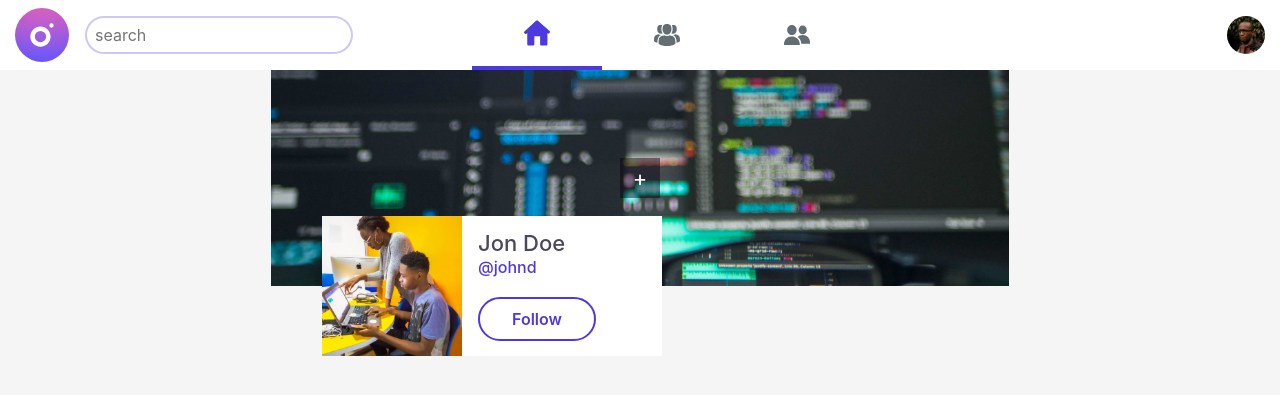
Repository: Flovet-stack/memic
Page: admin-profile.html
An editor plug-in stored every save of this project. The page is shown before and after the next save, followed by the edit.
The browser window is 1280 px wide. The pictures show the whole page.
The pointer rests on the first visible `.change-cover-btn`.
Some web fonts or font styles are not loaded; a fallback is used.

Above is the page before, as saved 2020-10-27 23:43:09.
Console error: TypeError: Cannot read properties of undefined (reading 'fn')

### admin-profile.html
<!DOCTYPE html>
<html lang="en">
<head>
    <meta charset="UTF-8">
    <meta name="viewport" content="width=device-width, initial-scale=1.0">
    <link rel="icon" type="image/png" sizes="32x32" href="assets/images/faceit.svg">
    <!-- custom styles -->
    <link rel="stylesheet" href="css/home.css">
    <link rel="stylesheet" href="css/admin-profile.css">

    <!-- custom fonts -->
    <link rel="stylesheet" href="/usr/share/fonts/opentype/malayalam/Manjari-Regular.otf">

    <!-- bootstrap css styles -->
    <link rel="stylesheet" href="dist/css/bootstrap.min.css">
    <title>memes | Home</title>
</head>
<body>
    <!-- start of the home page design template -->

    <!-- start of the head section of the page -->
    <div class="home-head container-fluid">
        <div class="row">
            <div class="home-head-sec-1">
                <div class="logo"><img src="assets/images/faceit.svg" alt=""></div>
                <form>
                    <input data-toggle="tooltip" title="search" type="text" name="" id="" placeholder="search">
                </form>
            </div>
            <div class="home-head-sec-2">
                <a data-toggle="tooltip" title="Home" class="active" href="#">
                    <img class="primary-icon" src="assets/icons/house.svg" alt="">
                    <img class="secondary-icon" src="assets/icons/house-primary.svg" alt="">
                </a>
                <a data-toggle="tooltip" title="Groups" href="#">
                    <img class="primary-icon" src="assets/icons/user-group.svg" alt="">
                    <img class="secondary-icon" src="assets/icons/user-group-primary.svg" alt="">
                </a>
                <a data-toggle="tooltip" title="Friends" href="#">
                    <img class="primary-icon" src="assets/icons/friends.svg" alt="">
                    <img class="secondary-icon" src="assets/icons/friends-primary.svg" alt="">
                </a>
            </div>
            <div class="home-head-sec-3">
                <div class="user-menu">
                    <img src="assets/images/avatar.jpg" alt="">
                </div>
            </div>
        </div>
    </div>
    <!-- end of the head section of the page -->
    <!-- start of the body section of the page -->
    <div class="home-body container-fluid">
        <div class="row">
            <div class="home-center">
                <div class="container-fluid">
                    <div class="profile-card">
                        <div class="profile-cover" style="background: url(assets/images/kevin-ku-w7ZyuGYNpRQ-unsplash.jpg);">
                            <div class="profile-info">
                                <div class="profile-info-pic"><img src="assets/images/Pic.jpg" alt=""></div>
                                <div class="profile-info-details">
                                    <h3>Jon Doe</h3>
                                    <h5>@johnd</h5>
                                    <button class="follow-btn">Follow</button>
                                </div>
                            </div>
                            <button class="change-cover-btn">+</button>
                        </div>
                    </div>
                </div>
            </div>
        </div>
    </div>
    <!-- end of the head section of the page -->

    <!-- end of the home page design template -->

    <script src="dist/js/bootstrap.min.js"></script>
    <script src="https://code.jquery.com/jquery-3.5.1.slim.min.js"
        integrity="sha384-DfXdz2htPH0lsSSs5nCTpuj/zy4C+OGpamoFVy38MVBnE+IbbVYUew+OrCXaRkfj"
        crossorigin="anonymous"></script>
</body>
</html>

### css/home.css
@import 'main-styles.css';
@import 'user-card.css';
@import 'post-card.css';

.home-head {
    width: 100vw;
    height: 70px;
    /* background-color: var(--white-shade-1); */
    background-color: var(--white) !important;
    /* border-bottom: var(--border); */
    padding: var(--padding-1) var(--padding-3);
    position: fixed;
    z-index: 9;
}
.home-head .row {
    text-align: center;
    justify-content: space-between;
}
.home-head-sec-1 {
    width: calc((100vw - 740px) / 2);
    height: calc(70px - (var(--padding-1) * 2));
    display: flex;
}
.home-head-sec-1 .logo {
    height: 100%;
    width: auto;
    display: grid;
    align-items: center;
    justify-content: center;
}
.home-head-sec-1 .logo img {
    height: calc(70px - (var(--padding-1) * 2));
    width: calc(70px - (var(--padding-1) * 2));
}
.home-head-sec-1 form {
    height: 100%;
    width: auto;
    display: grid;
    align-items: center;
    margin-left: var(--padding-2);
}
.home-head-sec-1 form input {
    height: 70%;
    width: auto;
    display: grid;
    justify-content: center;
    outline: none;
    padding: 0 var(--padding-1);
    border: 2px solid var(--secondary-overlay);
    border-radius: var(--border-radius);
    transition-duration: var(--duration);
}
.home-head-sec-1 form input:focus {
    border: 3px solid var(--secondary-overlay);
    transition-duration: var(--duration);
    height: 85%;
}
.home-head-sec-2 {
    height: calc(70px - (var(--padding-1) * 2));
    max-width: 740px;
    width: 740px;
    display: flex;
    align-items: center;
    justify-content: center;
}
.home-head-sec-2 a {
    width: 130px;
    height: 100%;
    display: flex;
    align-items: center;
    justify-content: center;
    outline: none;
    border-radius: var(--border-radius);
    transition-duration: var(--duration);
}
.home-head-sec-2 a:hover {
    background-color: var(--white-shade-1);
    transition-duration: var(--duration);
}
.home-head-sec-2 a img{
    width: 20%;
}
.home-head-sec-3 {
    text-align: right;
    display: grid;
    align-content: center;
    /* background-color: red; */
    width: calc((100vw - 740px) / 2.5);
    height: calc(70px - (var(--padding-1) * 2));
}
.secondary-icon{
    display: none;
}
.home-head-sec-2 a.active {
    height: 70px !important;
    border-radius: 0 !important;
    background-color: transparent;
    border-bottom: 4px solid var(--secondary-color);
}
.home-head-sec-2 .active:hover {
    background-color: transparent !important;
}
.active .secondary-icon {
    display: block;
}
.active .primary-icon {
    display: none;
}
.home-head-sec-3 .user-menu img {
    width: calc(70px - (var(--padding-2) * 2));
    height: calc(70px - (var(--padding-2) * 2));
    border-radius: var(--circular-radius);
}
/* @media (min-width: 768px) {
  .container {
    max-width: 720px;
  }
}

@media (min-width: 992px) {
  .container {
    max-width: 960px;
  }
}

@media (min-width: 1200px) {
  .container {
    max-width: 1140px;
  }
} */

/* start of the home body section */
.home-body {
    width: 100vw;
    /* height: calc(100vh - 70px); */
}
.home-left {
    width: 20vw;
    height: calc(100vh - 70px);
    padding: var(--padding-2);
    position: fixed;
    top: 70px;
    left: 0;
    background-color: var(--white);
}
.home-center {
    /* border-top: var(--border); */
    position: absolute;
    left: 20vw;
    top: 70px;
    width: 60vw;
    height: auto;
    box-sizing: border-box !important;
}
.home-center-sub {
    margin: var(--padding-2) auto;
    width: 75% !important;
    min-width: 430px;
}
.home-right {
    width: 20vw;
    height: calc(100vh - 70px);
    background-color: var(--white);
    position: fixed;
    top: 70px;
    right: 0;
    padding: var(--padding-2);
}
/* end of the home body section */
/* start of the home left section */
.home-left .user-card {
    width: 100%;
}
.home-left .user-card:hover {
    background-color: var(--transparent-overlay);
}
.home-left .user-card .card-time {
    display: none;
}
#home-left-nav-1 {
    width: 100%;
    height: auto;
    margin-top: var(--padding-3) !important;
    padding: 0;
}
.home-left ul {
    width: 100%;
    height: auto;
}
.home-left .nav-item {
    list-style-type: none;
    width: 100%;
    height: auto;
}
.home-left .nav-link {
    width: 100%;
    height: auto;
    font-size: var(--font-size-2);
    border-radius: var(--border-radius);
    background-color: transparent;
    color: var(--text-color);
    font-weight: 500;
    display: flex;
    transition: var(--duration);
}
.home-left .nav-link:hover {
    background-color: var(--transparent-overlay);
    transition: var(--duration);
}
.home-left .nav-link .nav-link-icon {
    width: 15%;
    display: flex;
    justify-content: right;
    align-items: center;
}
.home-left .nav-link .nav-link-detail {
    width: 80% !important;
    /* background-color: rgba(172, 255, 47, 0.596); */
    display: grid;
    align-items: center;
}
.nav-link-detail-text {
    font-size: var(--font-size-2);
    line-height: 18px;
}
.nav-link-detail-info {
    font-size: calc(var(--font-size-1) - 2px);
    line-height: 15px;
    color: var(--secondary-color);
}
.nav-link-icon img {
    width: 40px;
    height: 40px;
}
.home-left hr {
    width: 100%;
    border: none;
    height: 3px;
    background-color: var(--white-shade-2);
}
#home-left-nav-2 h6 {
    color: var(--text-color);
    font-weight: 600;
}
#home-left-footer {
    width: 100%;
    height: au;
    position: absolute;
    top: 100%;
    transform: translateY(-100%);
}
#home-left-footer ul {
    width: 100%;
    height: auto;
    padding: 0 !important;
    padding: 0 5px;
}
#home-left-footer li {
    display: inline-block;
    list-style-type: none;
    color: var(--border-color);
}
#home-left-footer li::after {
    content: '.';
    position: absolute;
    bottom: 50%;
    padding-left: 5px;
}
#home-left-footer li:last-child::after {
    content: '';
}
#home-left-footer a {
    color: var(--dark-overlay);
    font-size: calc(var(--font-size-1) - 3px);
}
#home-left-footer a:hover {
    color: var(--dark-overlay)
}
/* end of the home left section */
/* Start of the status section */
.home-center-top {
    width: 59.2vw;
    height: 3px;
    background-color: var(--white-shade-2);
    position: fixed;
    margin: 0 !important;
    z-index: 9;
    /* padding-top: var(--padding-2); */
}
.status-section {
    width: auto;
    height: 250px;
    display: flex;
    margin-bottom: var(--padding-2);
    transition-duration: var(--duration);
    padding: 0 !important;
}
.status-section:hover {
    transition-duration: var(--duration);
}
.status {
    width: 160px;
    height: 100%;
    border-radius: var(--border-radius);
    background-color: var(--white-shade-2);
    margin-right: var(--padding-1);
    background-repeat: no-repeat !important;
    background-position: center !important;
    background-size: cover !important;
    transition-duration: var(--duration);
}
.status:hover {
    position: relative;
    transform: scale(1.03);
    z-index: 2;
    transition-duration: var(--duration);
}
.status:hover .status-sub {
    background-color: var(--secondary-overlay);
    transition-duration: var(--duration);
}
.status-sub {
    padding-top: var(--padding-2);
    width: 100%;
    height: 100%;
    border-radius: var(--border-radius);
    background: linear-gradient( 130deg, var(--dark-overlay), transparent);
    transition-duration: var(--duration);
}
.status-sub .user-card {
    margin: 0 auto;
    transform: scale(.9);
}
.status-sub .user-card-pic {
    border: 3px solid var(--secondary-color);
}
.status-sub .username,
.status-sub .card-time {
    color: var(--white);
}
/* end of the status section */
/* Start of the right sidebar section */
.home-right .event-section {
    width: 100%;
    height: auto;
}
.right-sidebar-event {
    width: 100%;
    height: auto;
    background-color: transparent;
    display: flex;
    /* transform: scale(.97); */
    border-radius: calc(var(--border-radius));
    transition-duration: var(--duration);
    text-decoration: none;
}
.right-sidebar-event:hover {
    background-color: var(--white-shade-1);
    transition-duration: var(--duration);
    text-decoration: none;
}
.right-sidebar-event-img {
    width: 35%;
    height: auto;
    transform: scale(.9);
}
.right-sidebar-event-img img {
    width: 100%;
    border-radius: calc(var(--border-radius));
}
.right-sidebar-event-details {
    width: 65%;
    display: grid;
    align-content: center;
    padding-left: var(--padding-1);
    color: var(--text-color)
}
.right-sidebar-event-details h5 {
    font-size: var(--font-size-2);
    line-height: .5;
    font-weight: 600;
}
.right-sidebar-event-details h6 {
    font-size: var(--font-size-1);
}
.home-right hr {
    width: 100%;
    border: none;
    height: 3px;
    background-color: var(--white-shade-2);
}
.home-right-notification {
    width: 100%;
    height: auto;
}
.home-right-notification h6 {
    margin-top: var(--padding-2);
    color: var(--text-color);
}
.notification-reply {
    margin-top: var(--padding-1);
    width: 100%;
    height: auto;
    display: flex;
    justify-content: space-between;
}
.notification-reply button {
    width: 49%;
    height: 40px;
    border-radius: var(--border-radius);
    border: none;
    color: var(--text-color);
    transition-duration: var(--duration);
    font-weight: 600;
    outline: none !important;
}
.notification-reply button:hover {
    background-color: var(--white-shade-1);
    transition-duration: var(--duration);
}
.notification-reply button.confirm-request {
    background-color: var(--secondary-color);
    color: var(--white);
    transition-duration: var(--duration);
}
.notification-reply button.confirm-request:hover {
    background-color: var(--secondary-overlay);
    transition-duration: var(--duration);
    color: var(--text-color);
}
/* end of the right sidebar section */

@media (max-width: 768px) {
    .home-head-sec-2 {
        margin: 0 !important;
        width: 340px;
    }
    .home-head-sec-1 form {
        display: none;
    }
    .home-head-sec-1 ,
    .home-head-sec-3 {
        width: calc((100vw - 340px) / 2.5);
    }
    .home-head-sec-1 .logo img {
        height: calc(70px - (var(--padding-2) * 2));
        width: calc(70px - (var(--padding-2) * 2));
    }
    .status-section {
        display: none;
    }
    .home-center {
        width: 100vw;
        position: absolute;
        left: 0;
    }
    .post-card {
        width: 100%;
        margin: var(--padding-2) auto;
    }
    .home-right,
    .home-left {
        display: none;
        width: 0px;
    }
}

@media (min-width: 992px) {
    /* .post-card {
        width: 960px;
    } */
}

@media (min-width: 1200px) {
}

### css/admin-profile.css
.profile-card {
    width: 100%;
    height: auto;
    background-color: red;
}
.profile-cover {
    width: 100%;
    height: 30vh;
    background-color: blue;
    background-size: 100% !important;
    background-position: center !important;
}
.profile-info {
    width: 340px;
    height: 140px;
    background-color: var(--white);
    position: absolute;
    top: 100%;
    transform: translate(15%, -50%);
    display: flex;
    /* border-radius: 70px; */
    /* border-top-right-radius: 70px;
    border-bottom-right-radius: 70px; */
}
.profile-info-pic {
    width: 140px;
    height: 140px;
    background-color: var(--secondary-color);
}
.profile-info-pic img {
    width: 100%;
    height: 100%;
    /* border-top-right-radius: var(--circular-radius);
    border-bottom-right-radius: var(--circular-radius); */
}
.profile-info-details {
    padding: var(--padding-2);
}
.profile-info-details h3 {
    color:var(--text-color);
    font-size: var(--font-size-4);
    line-height: 1;
}
.profile-info-details h5 {
    color:var(--secondary-color);
    font-size: var(--font-size-1);
    line-height: .7;
}
.profile-info-details .follow-btn {
    margin-top: var(--padding-2);
}
.change-cover-btn {
    width: 40px;
    height: 40px;
    position: relative;
    transform: translate(-50%, -50%);
    left: 50%;
    top: 50%;
    border: none;
    background-color: var(--dark-overlay);
    color: var(--white);
    font-size: 22px;
}

### css/main-styles.css
:root {
    /* color palette */
    --white: #fff;
    /* --white: #1e272e !important; */
    --white-shade-0: rgb(253, 253, 253);
    --white-shade-1: #f0f8ff;
    --white-shade-2: #ececec79;
    --white-shade-3: #d0d0d0;
    --border-color: #b2bec3;
    --primary-color: #636E72;
    /* --secondary-color: #6c5ce7; */
    --secondary-color: #4d39e0;
    --secondary-overlay: #4d39e046;
    /* --secondary-overlay: #6c5ce746; */
    --red: #d63031;
    /* --red: #970f3c; */
    --dark-overlay: rgba(10, 2, 19, 0.479);
    --transparent-overlay: #ebf6ff;
    --transparent-overlay-2: #d0d0d059;

    /* text-editing */
    --font-size-1: 16px;
    --font-size-2: 18px;
    --font-size-3: 20px;
    --font-size-4: 22px;
    --normal: 400;
    --light: 200;
    --thick: 600;
    --font-family: Manjari;
    --text-color: rgb(73, 72, 93);
    /* --text-color: #fff; */

    /* box-styling */
    --padding-1: .5rem;
    --padding-2: 1rem;
    --padding-3: 2rem;
    --border-radius: 50px;
    --circular-radius: 50%;
    --border: 2px solid var(--white-shade-2);

    /* animations */
    --duration: .5s;
}

body {
    box-sizing: border-box;
    font-family: var(--font-family);
    overflow-x: hidden;
    background-color: var(--white-shade-2) !important;
}
.row {
    margin-right: 0 !important;
    margin-left: 0 !important;
}
a {
    outline: none !important;
}
.follow-btn {
    border: 2px solid var(--secondary-color);
    background: var(--whi);
    padding: var(--padding-1) var(--padding-3);
    border-radius: var(--border-radius);
    color: var(--secondary-color);
    transition-duration: var(--duration);
    font-weight: 600;
}
.follow-btn:hover {
    background-color: var(--secondary-color);
    color: var(--white);
    transition-duration: var(--duration);
}

### css/user-card.css
/* start of the user card styling */
.user-card {
    width: 150px;
    height: 50px;
    display: flex;
    color: var(--white);
    text-decoration: none;
    border-radius: var(--border-radius);
    transition-duration: var(--duration);
}
.user-card:hover {
    text-decoration: none;
    background-color: var(--transparent-overlay-2);
    transition-duration: var(--duration);
}
.user-card-pic {
    width: 50px;
    height: 50px;
    border-radius: var(--circular-radius);
    background-repeat: no-repeat !important;
    background-position: center !important;
    background-size: cover !important;
}
.user-card-detail {
    width: auto;
    height: 50px;
    padding-left: var(--padding-1);
    color: var(--text-color);
    display: grid;
    align-content: center;
}
.username {
    font-size: var(--font-size-2);
    font-weight: 600;
}
.card-time {
    font-size: var(--font-size-1);
    color: var(--secondary-color);
}
/* end of the user card styling */

### css/post-card.css
.post-card {
    width: 80%;
    margin: var(--padding-2) auto;
    background-color: var(--white);
    border-radius: var(--border-radius);
    padding: var(--padding-2) 0;
    /* background-color: var(--transparent-overlay); */
    background-color: var(--white);
    border: var(--border);
}
.post-card .user-card {
    margin-left: var(--padding-2);
}
/* .post-card .user-card:hover {
    background-color: var(--secondary-overlay);
} */
.post-card img {
    width: 100%;
}
.post-img {
    transform: scale(.97);
    border-radius: var(--border-radius) !important;
    background-color: var(--transparent-overlay);
}
.post-card-footer {
    margin-top: var(--padding-1);
    padding: 0 var(--padding-2);
    width: 100%;
    display: flex;
    height: auto;
}
.react,
.actions {
    width: 50%;
    height: 50px;
    display: grid;
    align-items: center;
}
.react-sub,
.actions-sub {
    width: 100%;
    height: 100%;
    display: flex;
    text-align: left;
}
.actions-sub {
    flex-direction: row-reverse;
}
.actions-sub a {
    flex-direction: row-reverse;
    margin-right: 0 !important;
    margin-left: var(--padding-1) !important;
}
.react-sub a,
.actions-sub a {
    width: 50px;
    height: 50px;
    background-color: transparent;
    margin-right: var(--padding-1);
    display: flex;
    align-items: center;
    justify-content: center;
    border-radius: var(--circular-radius);
}
.react-sub a img,
.actions-sub a img {
    width: 60%;
    height: auto;
    padding: 0 !important;
    transition-duration: var(--duration);
    border-radius: none !important;
}
.react-sub a:hover,
.actions-sub a:hover {
    background-color: var(--secondary-overlay);
    transition-duration: var(--duration);
}
.react-sub .dislike img{
    transform: rotatez(180deg) !important;
}
.share-options {
    height: auto;
    /* width: 0px; */
    width: calc((30px * 4) + ((var(--padding-1) * 2) * 6));
    background-color: var(--white);
    border-radius: var(--border-radius);
    padding:  var(--padding-1);
    /* box-shadow: 4px 4px 10px 3px var(--white-shade-2); */
    position: absolute;
    /* left: 100px; */
    margin-top: -60px;
    /* margin-left: 200px; */
    transform: scale(.9);
    transition-duration: 1s;
}
.share-options ul {
    width: auto;
    padding: 0 !important;
    margin: 0 !important;
}
.share-options li {
    width: auto;
    display: inline-block;
}
.share-options a{
    padding: var(--padding-1);
    /* background-color: red; */
}
.share-options a:hover {
    background-color: transparent;
}
.share-options a img{
    width: 30px;
    height: 30px;
    padding: .2rem !important;
    transition-duration: var(--duration);
}
.share-options a img:hover {
    transform: scale(1.3);
    transition-duration: var(--duration);
}
.share-icon {
    transition-duration: 1s
}
.share-icon:hover ~ .share-options {
    transition-duration: 1s;
    transform: scale(1);
}

.comment-section {
    width: 100%;
    padding: 0 var(--padding-2);
}
.comment-section h4 {
    font-size: var(--font-size-1);
    color: var(--text-color);
    font-weight: 600;
    margin-bottom: var(--padding-2);
}
.comment-form {
    display: flex;
    justify-content: space-between;
    margin-bottom: var(--padding-3);
}
.comment-form img {
    width: 50px;
    height: 50px;
    padding: 0 !important;
    border-radius: var(--circular-radius);
    margin-right: var(--padding-2);
}
.comment-form textarea {
    width: 75%;
    height: 50px;
    outline: none;
    font-size: var(--font-size-2);
    color: var(--text-color);
    padding: var(--padding-1) var(--padding-2);
    border: 1px solid var(--white);
    border-radius: var(--border-radius);
    transition-duration: var(--duration);
    margin-right: var(--padding-1);
    background-color: var(--white-shade-2);
}
.comment-form textarea:hover {
    border: 1px solid var(--secondary-overlay);
    transition-duration: var(--duration);
}
.comment-form textarea:focus {
    border: 1px solid var(--secondary-overlay);
    background-color: var(--white);
    transition-duration: var(--duration);
}
.comment-form button {
    outline: none !important;
    background-color: var(--secondary-overlay);
    border: none;
    border-radius: var(--circular-radius);
    color: var(--white);
    transition-duration: var(--duration);
}
.comment-form button:hover {
    outline: none;
    background-color: var(--secondary-color);
    transition-duration: var(--duration);
}
.comment {
    width: 95%;
    margin: 0 auto;
    height: auto;
    /* border-bottom: var(--border); */
}
.comment .user-card {
    margin: 0 !important;
}
.comment .user-card-pic {
    width: 30px;
    height: 30px;
    margin-top: 10px;
}
.comment .username {
    font-size: var(--font-size-1);
    line-height: .5;
}
.comment .card-time {
    font-size: calc(var(--font-size-1) - 2px) !important;
    /* line-height: .5; */
}
.comment .comment-content p {
    width: auto;
    height: auto;
    color: var(--text-color);
    margin: 0 calc(var(--padding-1) * 7);
    background-color: var(--white-shade-1);
    padding: var(--padding-1) var(--padding-3);
    border-radius: var(--border-radius);

    /* line-height: 5px; */
}
.comment .comment-like {
    height: 20px;
    font-size: calc(var(--font-size-1) - 2px);
    padding: 0 var(--padding-1);
    border-radius: var(--border-radius);
    position: relative;
    border: none;
    outline: none;
    /* bottom: 100%; */
    left: calc(100% - ((var(--padding-1) * 7) + 1.5rem));
    background-color: var(--secondary-color);
    color: var(--white);
    transition-duration: var(--duration);
    transform: translateY(-125%);
    display: flex;
    align-items: center;
    justify-content: center;
}
.comment .comment-like:hover {
    padding: 0 calc(var(--padding-1) + .1rem);
    transition-duration: var(--duration);
    background-color: var(--secondary-overlay);
}
.comment .comment-like img {
    width: 15px;
    height: 15px;
    margin-left: .3rem;
    transform: translateY(-1.5px);
}

/* @media (min-width: 768px) {
}

@media (min-width: 992px) {
}

@media (min-width: 1200px) {
} */

Loaded but not shown: dist/css/bootstrap.min.css (library); dist/js/bootstrap.min.js (library)

After the next save:
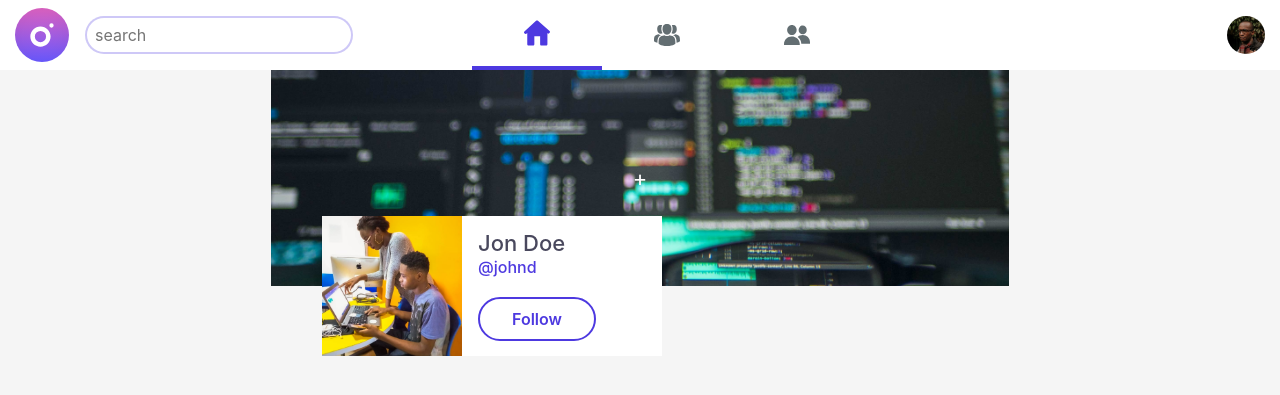
Saved 26 s later.
--- a/css/admin-profile.css
+++ b/css/admin-profile.css
@@ -61,3 +61,6 @@
     color: var(--white);
     font-size: 22px;
 }
+.change-cover-btn:hover {
+    background-color: var(--black);
+}
